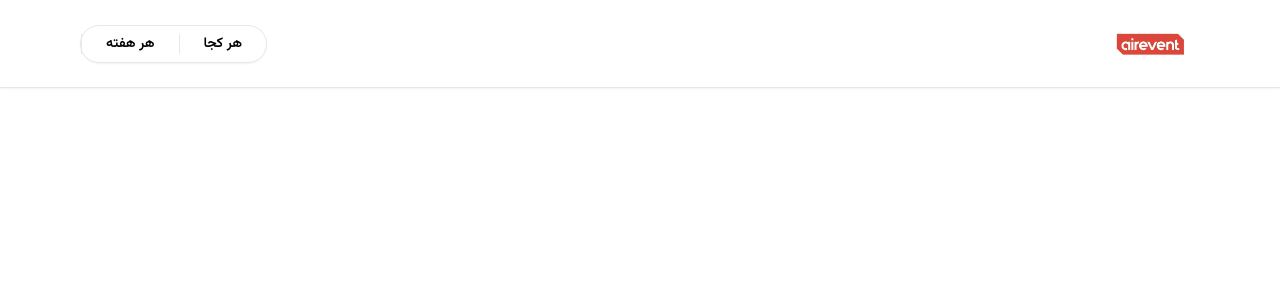
Repository: soroush-g/Eight
Page: /
The author's editor kept a copy of each file at every save. The page is drawn from the files as they stood at one save, then again after a run of saves.
The browser window is 1280 px wide. The pictures show the whole page.
The project was rebuilt for these pictures with package versions that can differ from the ones it lists, and the page was loaded fresh each time. The framework's server and built-in components were replaced by stand-ins that run in the browser. Also part of the build but not shown: next.config.mjs.

Above is the page before, as saved 2024-07-14 20:41:59.

### app/layout.tsx
import type { Metadata } from "next";
import { Vazirmatn } from "next/font/google";
import "./globals.css";
import Navbar from "./components/navbar/Navbar";

const vazir = Vazirmatn({ subsets: ['arabic'] });

export const metadata: Metadata = {
  title: "AIREVENT",
  description: "Covering events in all parts of the world",
};

export default function RootLayout({
  children,
}: Readonly<{
  children: React.ReactNode;
}>) {
  return (
    <html dir='rtl' lang="fa-Ir">
      <body className={vazir.className}>
        <Navbar />
        {children}
      </body>
    </html>
  );
}

### app/page.tsx

export default function Home() {
  return (
     <div className="text-yellow-700 text-2xl">بزرگترین رویدادهای کشور</div>
  )
}

### app/components/navbar/Navbar.tsx
import Container from "../Container";
import Logo from "./Logo";
import Search from "./Search";

const Navbar = () => {
    return (
        <div className="fixed w-full bg-white z-8 shadow-sm">
            <div className="py-2 border-b-[1px]">
              <Container>
                <div className="flex flex-row items-center justify-between gap-3 md:gap-0">
                 <Logo />
                 <Search />
                </div>
              </Container>
            </div>
        </div>
     );
}

export default Navbar;

### app/components/Container.tsx
'use client'

interface ContainerProps {
    children: React.ReactNode;
}

const Container: React.FC<ContainerProps> = ({children}) => {
    return (
        <div className="max-w-[2520px] mx-auto xl:px-20 md:px-10 sm:px-2 px-4">{children}</div>
     );
}

export default Container;

### app/components/navbar/Logo.tsx
'use client'

import Image from "next/image"
import { useRouter } from "next/navigation"

const Logo = () => {
    const router = useRouter();

    return(
        <Image alt="لوگو" className="hidden md:block cursor-pointer" height="100" width="100" src="/images/aireve.png" />
    )
}

export default Logo;

### app/components/navbar/Search.tsx
'use client';

const Search = () => {
    return (
        <div className="border-[1px] w-full md:w-auto py-2 rounded-full shadow-sm hover:shadow-md transition cursor-pointer">
            <div className="flex flex-row items-center justify-between">
              <div className="text-sm font-semibold px-6">
               هر کجا
              </div>
              <div className="hidden sm:block text-sm font-semibold px-6 border-x-[1px] flex-1 text-center">
                هر هفته
              </div>
              <div className="">

              </div>
            </div>
        </div>
     );
}

export default Search;

Loaded but not shown: app/globals.css (common file); tailwind.config.ts (common file)

After the next 4 saves:
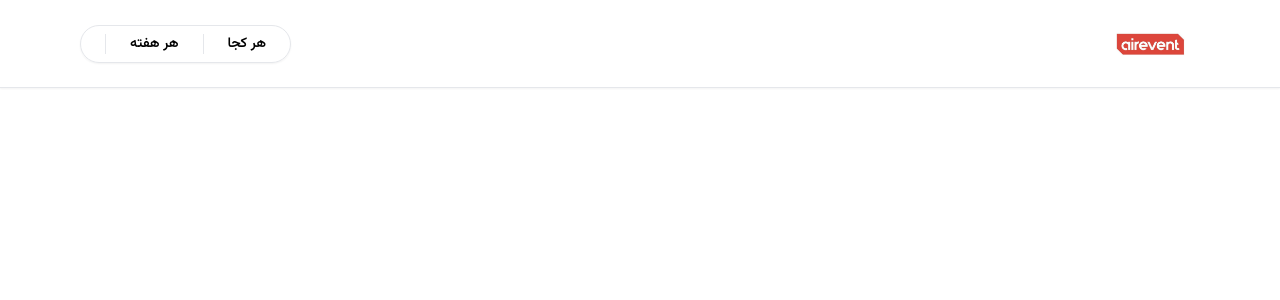
The 4 saves are shown as one change because they came seconds apart.
The last was saved 12 s later.
--- a/app/components/navbar/Search.tsx
+++ b/app/components/navbar/Search.tsx
@@ -10,7 +10,7 @@
               <div className="hidden sm:block text-sm font-semibold px-6 border-x-[1px] flex-1 text-center">
                 هر هفته
               </div>
-              <div className="">
+              <div className="text-sm pl-6 ">
 
               </div>
             </div>
